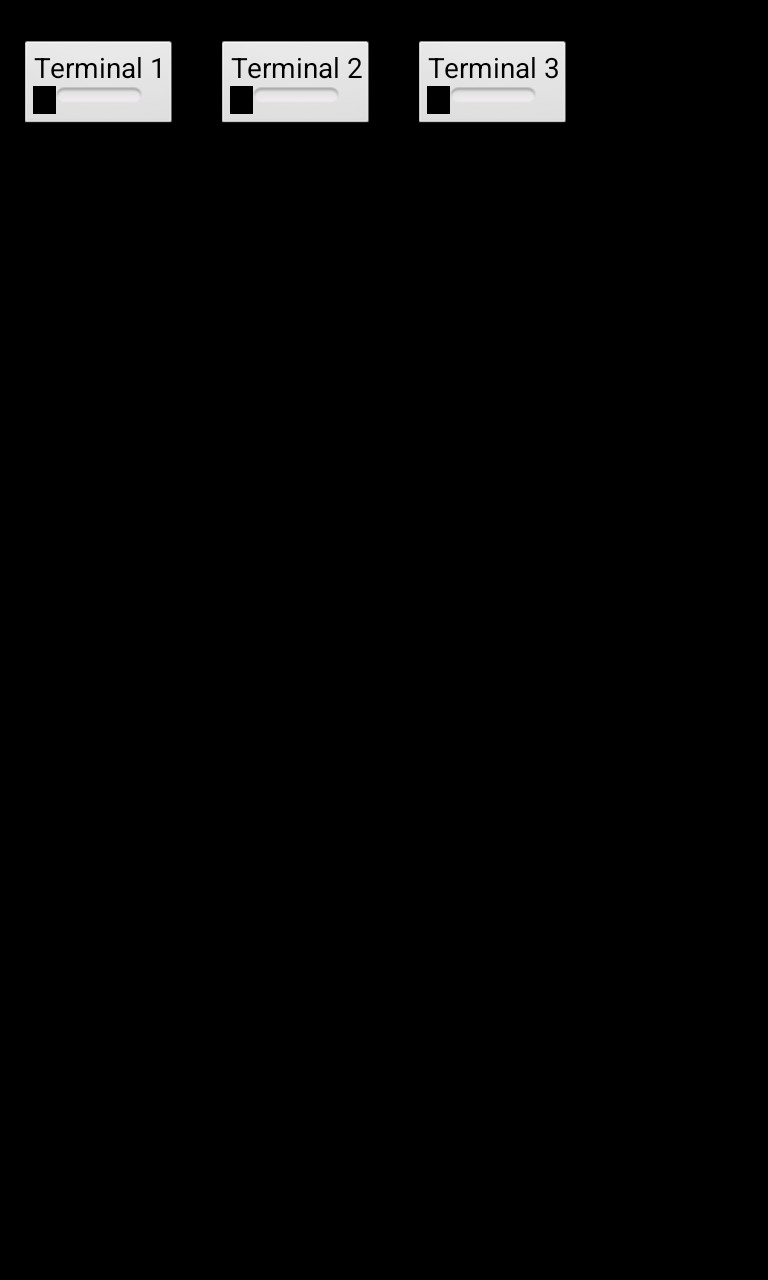
Repository: deanzaka/Shroom-Smart-Terminal
Layout: IOIOShroomST/res/layout/main.xml
These files come from the project's save history. The layout is drawn as it stood at one moment and after the next save; the edit follows.
It is drawn on a 768 x 1280 px phone screen (xhdpi) without system bars, with theme android:Theme; the app's code is not run.

Above is the layout before, as saved 2014-11-16 14:06:41.

After the next save:
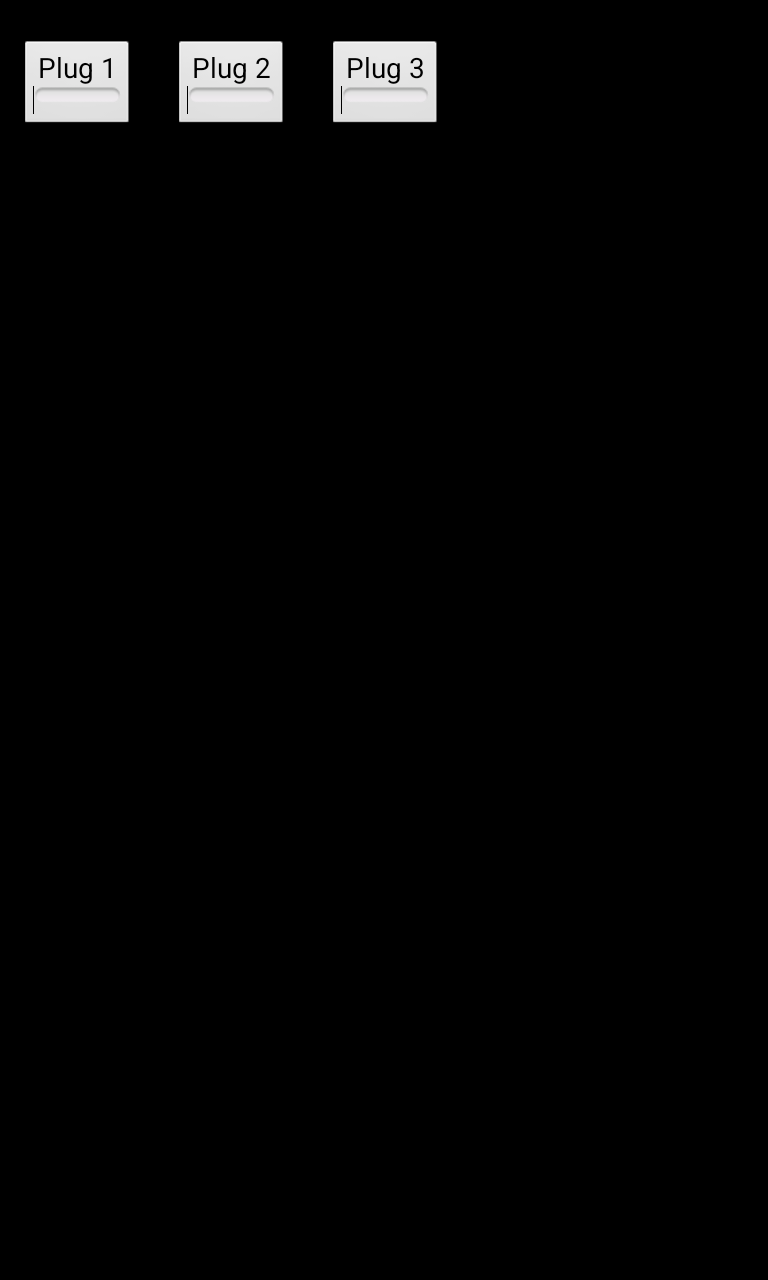
Saved 80 s later.
--- a/IOIOShroomST/res/values/strings.xml
+++ b/IOIOShroomST/res/values/strings.xml
@@ -3,9 +3,9 @@
     <string name="app_name">IOIO Sample app</string>
     <string name="seekbar_label">Move to control the position:</string>
     <string name="analog_label">Analog reading:</string>
-    <string name="terminal_1">Terminal 1</string>
-    <string name="terminal_2">Terminal 2</string>
-    <string name="terminal_3">Terminal 3</string>
+    <string name="terminal_1">Plug 1</string>
+    <string name="terminal_2">Plug 2</string>
+    <string name="terminal_3">Plug 3</string>
     <string name="lamp">Lamp</string>
 
 </resources>
